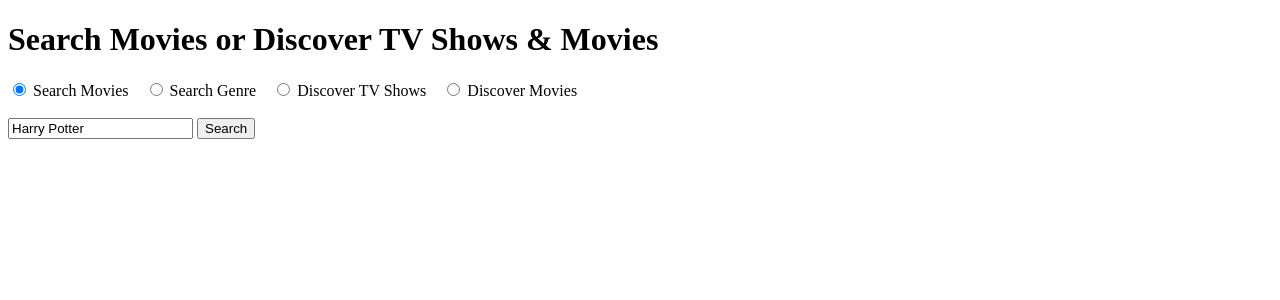
Repository: ichig085/Movie-TV-Search-Website
Page: project.html
These files come from the project's save history. The page is drawn as it stood at one moment and after a run of saves; the edit follows.
The browser window is 1280 px wide. The pictures show the whole page.
Some web libraries are served in a nearby version.

Above is the page before, as saved 2022-11-28 15:38:59.

### project.html
<!DOCTYPE html>

<head>
    <title>Movie Search</title>
    <script src="https://code.jquery.com/jquery-3.1.1.min.js"></script>
    <script type="text/javascript">
        $(document).ready(function () {
            $("#listLayout").hide();
            $("#gridLayout").hide();
            var radioValue = "";
            $('input:radio[name=user_selection]').change(function () {
                if (this.value == "tv") {
                    $("#searchTerm").hide();
                    $("#button1").val("Click to Discover").css("margin-left", "10.15rem");

                }
                else if (this.value == "movie") {
                    $("#searchTerm").hide();
                    $("#button1").val("Click to Discover").css("margin-left", "20.75rem");
                }
                else {
                    $("#searchTerm").show();
                    $("#button1").val("Search").css("margin-left", "0rem");
                }
            });
            var servicesite = "https://api.themoviedb.org/3/search/movie?query=";
            const api_key = "api_key=596a559ed3e4a3408502d51411f3d607";

            $("#button1").click(function () {
                var radioValue = $("input[name='user_selection']:checked").val();
                console.log(radioValue)
                var url = "";
                if (radioValue === "tv") {
                    servicesite =
                        url = `https://api.themoviedb.org/3/discover/tv?${api_key}&with_genres=drama&language=en-US&sort_by=popularity.desc&page=1&timezone=America%2FNew_York&include_null_first_air_dates=false&with_watch_monetization_types=flatrate&with_status=0&with_type=0`;
                }
                else if (radioValue === "movie") {

                    url = `https://api.themoviedb.org/3/discover/movie?${api_key}&language=en-US&sort_by=popularity.desc&include_adult=false&include_video=false&page=1&with_watch_monetization_types=flatrate`
                }
                else if (radioValue == "genre") {
                    url = `https://api.themoviedb.org/3/genre/movie/list?api_key=596a559ed3e4a3408502d51411f3d607&language=en-US`
                }
                else {
                    url = `https://api.themoviedb.org/3/search/movie?query=${$("#searchTerm").val()}&${api_key}&language=en-US&page=1&include_adult=false`;
                }



                searchBooks(url);
            });

            //add click events to pages so additional ajax can be triggered
            $("#pages").on('click', function (event) {
                var number = $(event.target).text()
                var radioValue = $("input[name='user_selection']:checked").val();
                var url = "";
                if (radioValue === "tv") {
                    servicesite =
                        url = `https://api.themoviedb.org/3/discover/tv?${api_key}&language=en-US&sort_by=popularity.desc&page=${number}&timezone=America%2FNew_York&include_null_first_air_dates=false&with_watch_monetization_types=flatrate&with_status=0&with_type=0`;
                }
                else if (radioValue === "movie") {
                    url = `https://api.themoviedb.org/3/discover/movie?${api_key}&language=en-US&sort_by=popularity.desc&page=${number}&timezone=America%2FNew_York&include_null_first_air_dates=false&with_watch_monetization_types=flatrate&with_status=0&with_type=0`;
                }
                else {
                    url = `https://api.themoviedb.org/3/search/movie?query=${$("#searchTerm").val()}&${api_key}&language=en-US&page=${number}&include_adult=false`;
                }
                searchBooks(url);
            });

            function searchBooks(servicePoint) {
                $("#listLayout").show();
                $("#gridLayout").show();
                $("#pages").show();
                var image = "";
                var title = "";
                var genreName = "";
                $("#results").html("Searching ...");
                $.getJSON(servicePoint, function (jsonData) {
                    console.log(jsonData);
                    $("#pages").html("Pages: ");
                    if (jsonData.total_pages > 5) {
                        for (i = 1; i <= 5; i++) {
                            $("#pages").append("<a class='page' href='#'>" + i + "</a> ");
                        }
                    }
                    else {
                        for (i = 1; i <= jsonData.total_pages; i++) {
                            $("#pages").append("<a class='page' href='#'>" + i + "</a> ");
                        }
                    }
                    $("#results").html("");
                    for (i = 0; i < jsonData.results.length; i++) {

                        $.getJSON(`https://api.themoviedb.org/3/genre/movie/list?api_key=596a559ed3e4a3408502d51411f3d607&language=en-US`, function (genre) {
                            console.log(genre);
                        });

                        image = `https://image.tmdb.org/t/p/w500/${jsonData.results[i].poster_path}`;
                        if (jsonData.results[i].poster_path == null) {
                            image = "https://via.placeholder.com/150";
                        }
                        if (jsonData.results[i].hasOwnProperty('name')) {
                            title = jsonData.results[i].name;
                        }
                        else {
                            title = jsonData.results[i].title;
                        }
                        bookdiv = "<div class='book'>";
                        bookdiv += `<img class='movie' id='${jsonData.results[i].id}' src='` + image + "' width=50% height=120 />";
                        bookdiv += "<h3 style='width:100%'>Title: " + title + "</h3>";
                        bookdiv += `<a  style='color: aliceblue;' href='#' class='movieID' id='${jsonData.results[i].id}'>More Details. . .</a>`
                        bookdiv += "Genre: " + jsonData.results[i].genre_ids[0];
                        bookdiv += "<p>Rating: " + jsonData.results[i].vote_average + "</p>";
                        bookdiv += "</div>";

                        $("#results").append(bookdiv);
                    }
                    $(".movieID").on('click', function () { getBookDetails($(this).attr("id")); });

                });
            }

            function getBookDetails(movieID) {
                $("#results").html("");
                $("#results").html("Loading . . .");
                $("#pages").hide();
                $("#listLayout").hide();
                $("#gridLayout").hide();
                console.log(radioValue)

                var movie = "";

                var radioValue = $("input[name='user_selection']:checked").val();
                var url = "";

                if (radioValue === "tv") {
                    servicesite =
                        url = `https://api.themoviedb.org/3/discover/tv?${api_key}&with_genres=drama&language=en-US&sort_by=popularity.desc&page=1&timezone=America%2FNew_York&include_null_first_air_dates=false&with_watch_monetization_types=flatrate&with_status=0&with_type=0`;
                }
                else if (radioValue === "movie") {

                    url = `https://api.themoviedb.org/3/discover/movie?${api_key}&language=en-US&sort_by=popularity.desc&include_adult=false&include_video=false&page=1&with_watch_monetization_types=flatrate`
                }
                else {
                    url = `https://api.themoviedb.org/3/search/movie?query=${$("#searchTerm").val()}&${api_key}&language=en-US&page=1&include_adult=false`;
                }

                try {
                    $.getJSON(`https://api.themoviedb.org/3/movie/${movieID}?${api_key}&language=en-US`, function (jsonData) {

                        movie = "<div class='book'>"
                        movie += `<img src='https://image.tmdb.org/t/p/w500/${jsonData.poster_path}` + "' width=30% height=120 />";
                        movie += `<h2>Title: ${jsonData.original_title}</h2>`;
                        movie += "<h3 style='width:100%'>Description: " + jsonData.overview + "</h3>";

                        movie += "<div>Rating: " + jsonData.vote_average + "</div>";
                        movie += "</div>"
                        $("#results").html("");
                        $("#results").append(movie)
                        // $("#books").html("<p>Service URL: " + servicePoint + "</p>");
                        // $.each(jsonData.Books, function (index, book) {
                        //     $("#books").append("<img class='bookicon' id='" + book.isbn + "' src='" + book.Image + "' width=80 />");
                        // });
                        // $(".bookicon").on('click', function () { getBookDetails($(this).attr("id")); });
                    });

                } catch (error) {
                    console.log(error);
                }



                $("#results").html("<h2>Book ISBN: " + bookisbn + "</h2>");
            }


            $("#listLayout").click(function () {
                $("#results").css({ "display": "flex", "flex-direction": "column" });
            });

            $("#gridLayout").click(function () {
                $("#results").css({ "display": "flex", "flex-wrap": "wrap", "flex-direction": "row" });
                $(".book").css({ "display": "flex", "flex-wrap": "wrap", "flex-basis": "20%" });
            });
        });

    </script>
    <style>
        img{
            margin-left: 25%;
        }
        #pages {
            margin-top: 2rem;
        }

        #results {
            display: flex;
            flex-wrap: wrap;
            flex-direction: row;
        }

        .book {
            background-color: rgb(182, 183, 255);
            border: solid rgb(205, 255, 105);
            width: 20%;
            margin: 4px;
            display: flex;
            justify-content: flex-start;
            align-items: stretch;
            align-content: stretch;
            flex-direction: column;
            flex-wrap: nowrap;
        }

        .page {
            border: thin solid rgb(0, 225, 255);
            padding: 10px;

        }

        a:hover {
            color: aquamarine;

        }

        .radio-btns {
            display: flex;
            gap: 1rem;
        }
    </style>
</head>

<body>
    <h1>Search Movies or Discover TV Shows & Movies</h1>
    <div class="radio-btns">
        <div>
            <input type="radio" value="movieSearch" name="user_selection" checked="checked">
            <label>Search Movies</label>
        </div>
        <div>
            <input type="radio" value="genre" name="user_selection">
            <label>Search Genre</label>
        </div>
        <div>
            <input type="radio" value="tv" name="user_selection">
            <label>Discover TV Shows</label>
        </div>
        <div>
            <input type="radio" value="movie" name="user_selection">
            <label>Discover Movies</label>
        </div>
    </div>
    <br>
    <input type="text" id="searchTerm" value="Harry Potter" />
    <input type="button" id="button1" value="Search" />
    <p id="pages"></p>
    <input type="button" id="listLayout" value="Change to List-Layout" />
    <input type="button" id="gridLayout" value="Change to Grid-Layout" />

    <div id="results"></div>
    <div id="book"></div>
</body>

</html>

After the next 6 saves:
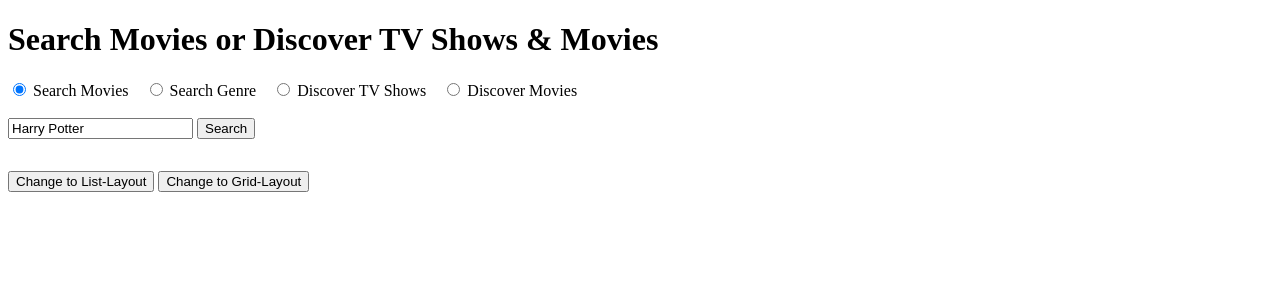
Console error: SyntaxError: Unexpected token '}'
The 6 saves are shown as one change because they came seconds apart.
The last was saved 13 s later.
--- a/project.html
+++ b/project.html
@@ -94,6 +94,7 @@
 
                         $.getJSON(`https://api.themoviedb.org/3/genre/movie/list?api_key=596a559ed3e4a3408502d51411f3d607&language=en-US`, function (genre) {
                             console.log(genre);
+                            genreName = genre.
                         });
 
                         image = `https://image.tmdb.org/t/p/w500/${jsonData.results[i].poster_path}`;

After the 5 saves that followed:
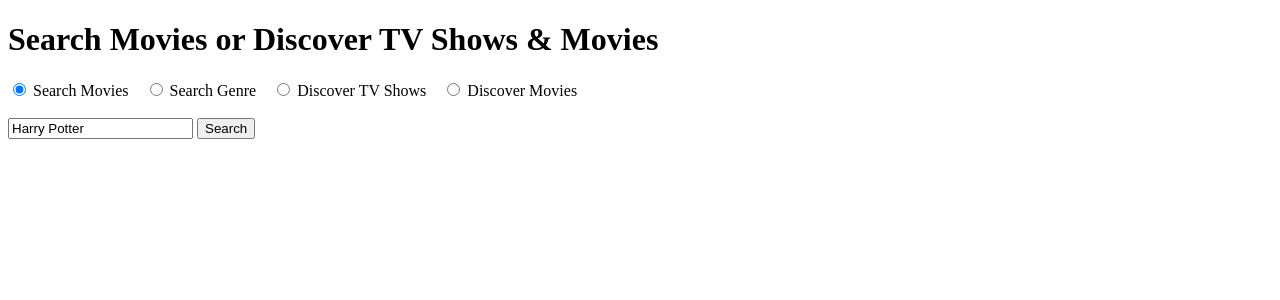
The error is gone.
The 5 saves are shown as one change because they came seconds apart.
The last was saved 10 s later.
--- a/project.html
+++ b/project.html
@@ -94,7 +94,7 @@
 
                         $.getJSON(`https://api.themoviedb.org/3/genre/movie/list?api_key=596a559ed3e4a3408502d51411f3d607&language=en-US`, function (genre) {
                             console.log(genre);
-                            genreName = genre.
+                            genreName = genre.genre.name;
                         });
 
                         image = `https://image.tmdb.org/t/p/w500/${jsonData.results[i].poster_path}`;
